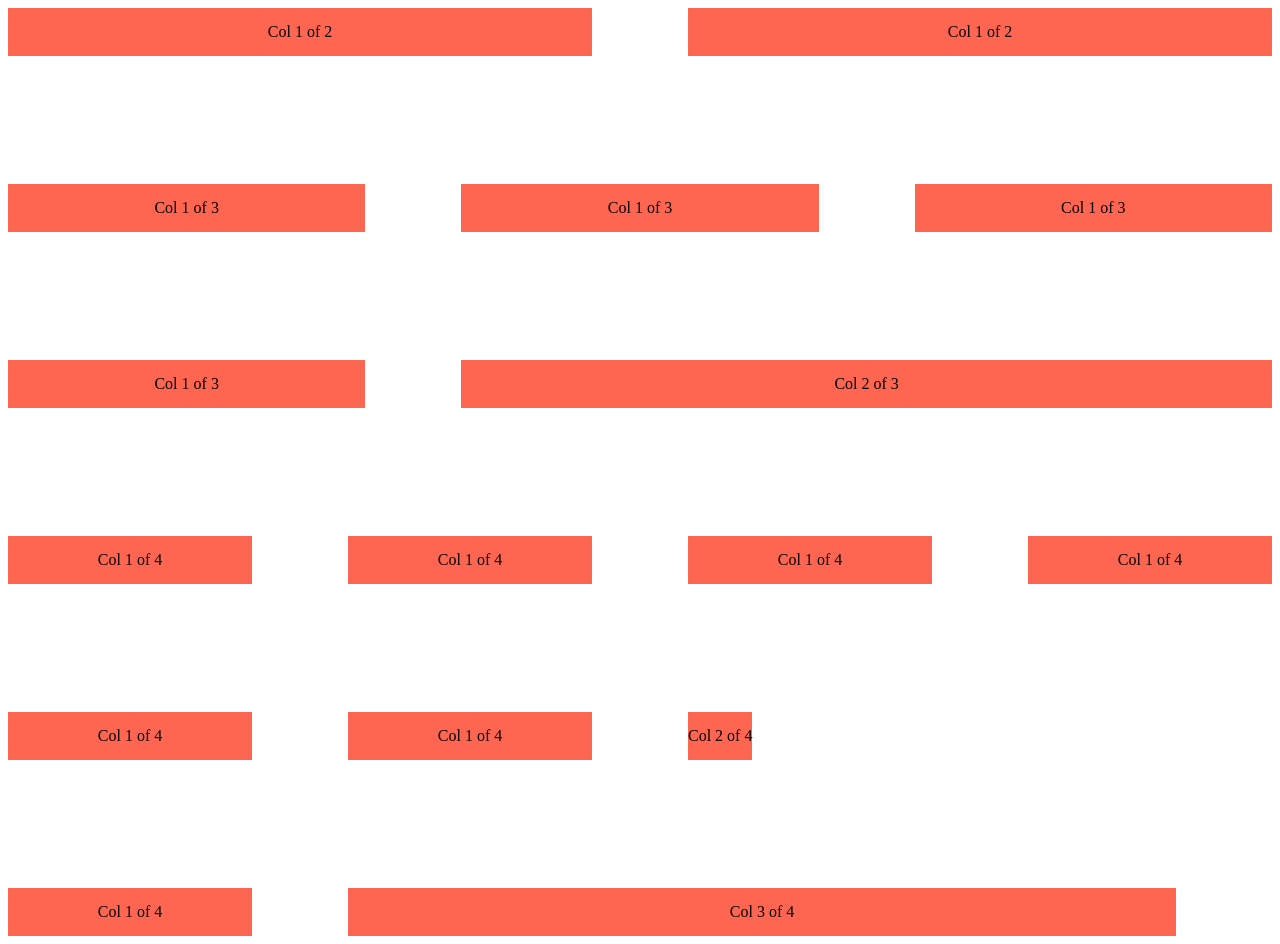
Repository: haokiet2501/grid-basic
Page: index.html
The author's editor kept a copy of each file at every save. The page is drawn from the files as they stood at one save, then again after a run of saves.
The browser window is 1280 px wide. The pictures show the whole page.

Above is the page before, as saved 2022-08-11 19:01:02.

After the next 2 saves:
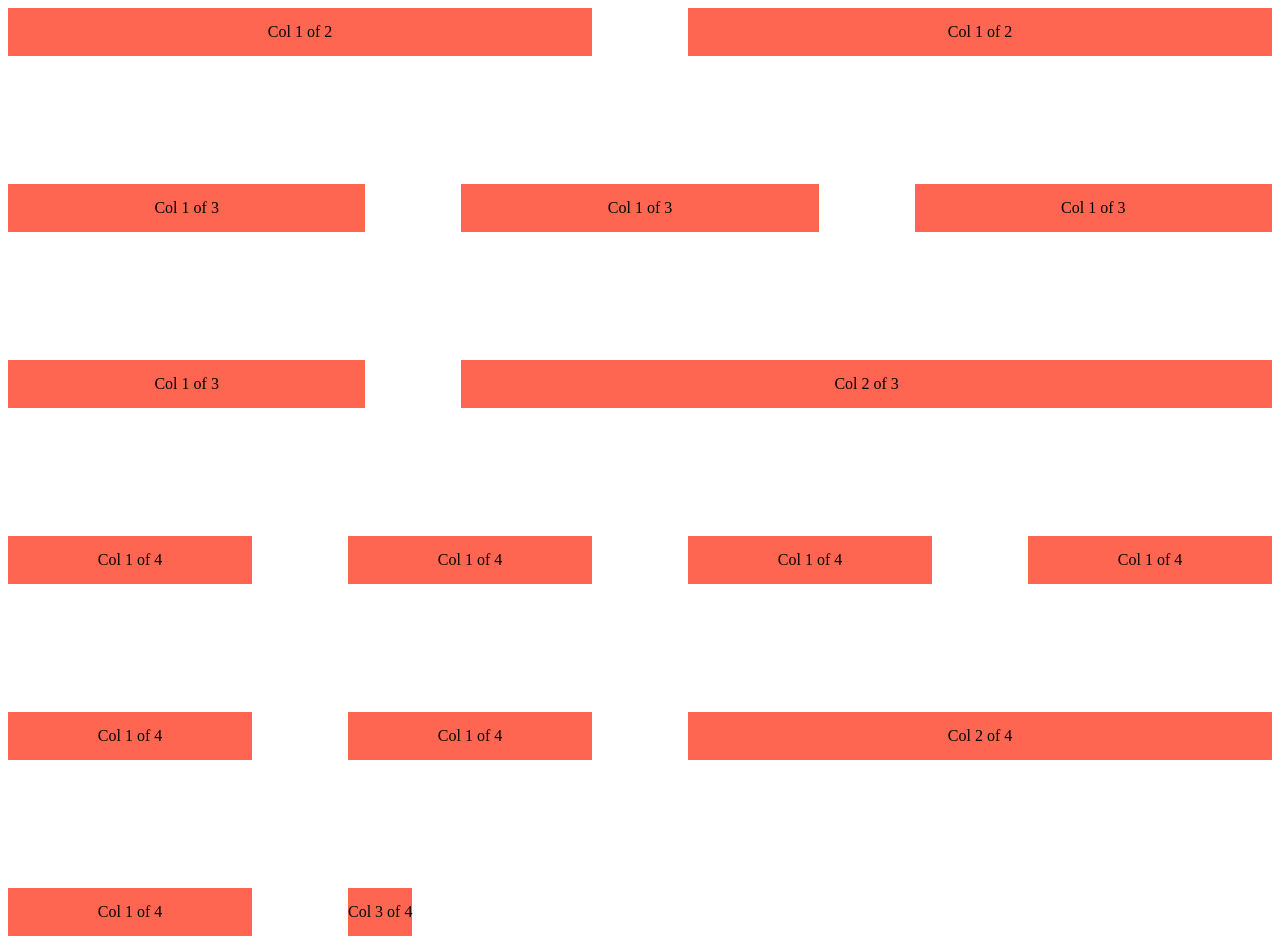
The 2 saves are shown as one change because they came seconds apart.
The last was saved 17 s later.
--- a/styles.css
+++ b/styles.css
@@ -46,6 +46,6 @@
     width: calc((100% - 3 * var(--gutter-horizonal)) / 4);
 }
 
-.col-3-of-4 {
-    width: calc(3 * ((100% - 3 * var(--gutter-horizonal)) / 4) + var(--gutter-horizonal));
+.col-2-of-4 {
+    width: calc(2 * ((100% - 3 * var(--gutter-horizonal)) / 4) + var(--gutter-horizonal));
 }
